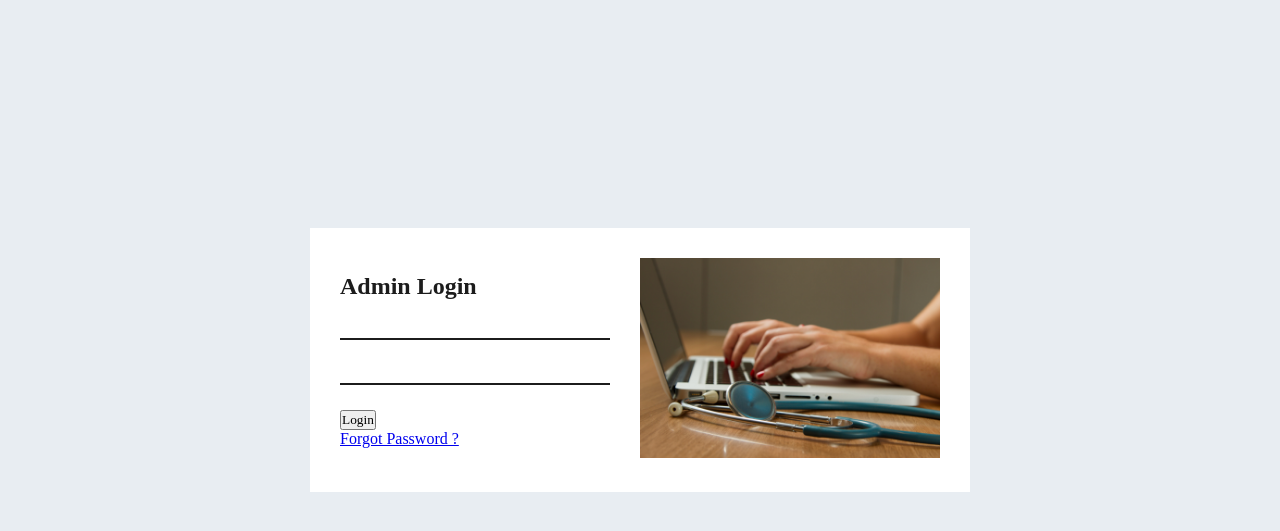
Repository: GauraVPandeyyy/Final-Neuro-dentica
Page: http://localhost/Admin-Panel/login.php
An editor plug-in stored every save of this project. The page is shown before and after a run of saves, followed by the edit.
The browser window is 1280 px wide. The pictures show the whole page.
The page is run by PHP 8.4 with error messages shown; the project is at /var/www/html/.

Above is the page before, as saved 2024-11-10 19:18:56.

After the next 5 saves:
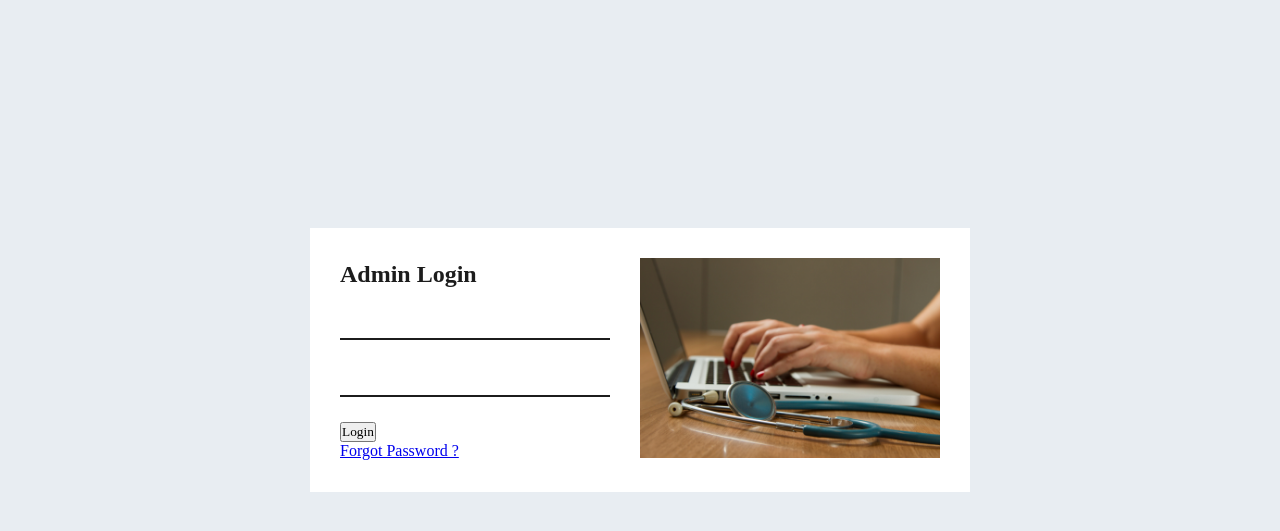
The 5 saves are shown as one change because they came seconds apart.
The last was saved 15 s later.
--- a/Admin-Panel/login.css
+++ b/Admin-Panel/login.css
@@ -39,5 +39,6 @@ div.container div.myForm input{
     width: 100%;
     border-bottom: 2px solid #1c1c1c;
     margin-bottom: 25px;
-
+    padding: 7px 0;
+    font-size: 14px;
 }
